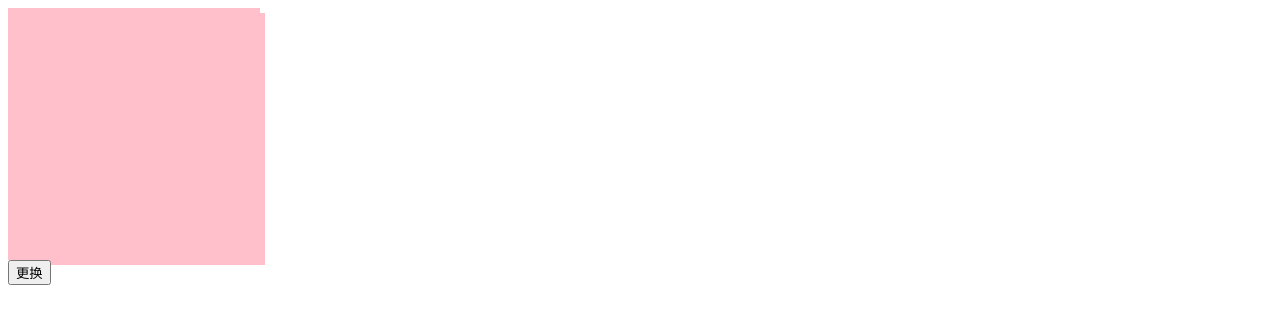
Repository: Bluesouls/eliauk.github.io
Page: Ajax学习笔记/day01/code/index.html
An editor plug-in stored every save of this project. The page is shown before and after the next save, followed by the edit.
The browser window is 1280 px wide. The pictures show the whole page.

Above is the page before, as saved 2022-04-24 16:08:09.

After the next save:
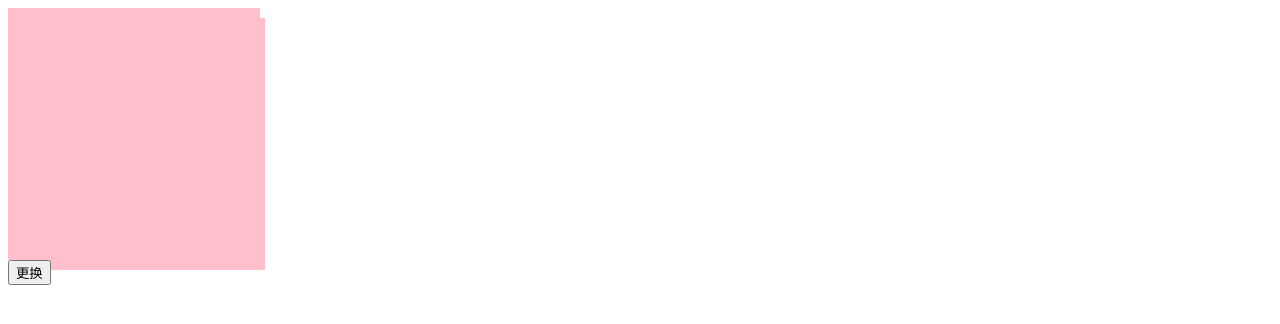
Saved 18 s later.
--- a/Ajax学习笔记/day01/code/index.html
+++ b/Ajax学习笔记/day01/code/index.html
@@ -12,7 +12,7 @@
       height: 250px;
       border: 1px solid pink;
       background: pink;
-      box-shadow: 5px 5px pink;
+      box-shadow: 5px 10px pink;
       color: white;
     }
     .content{
